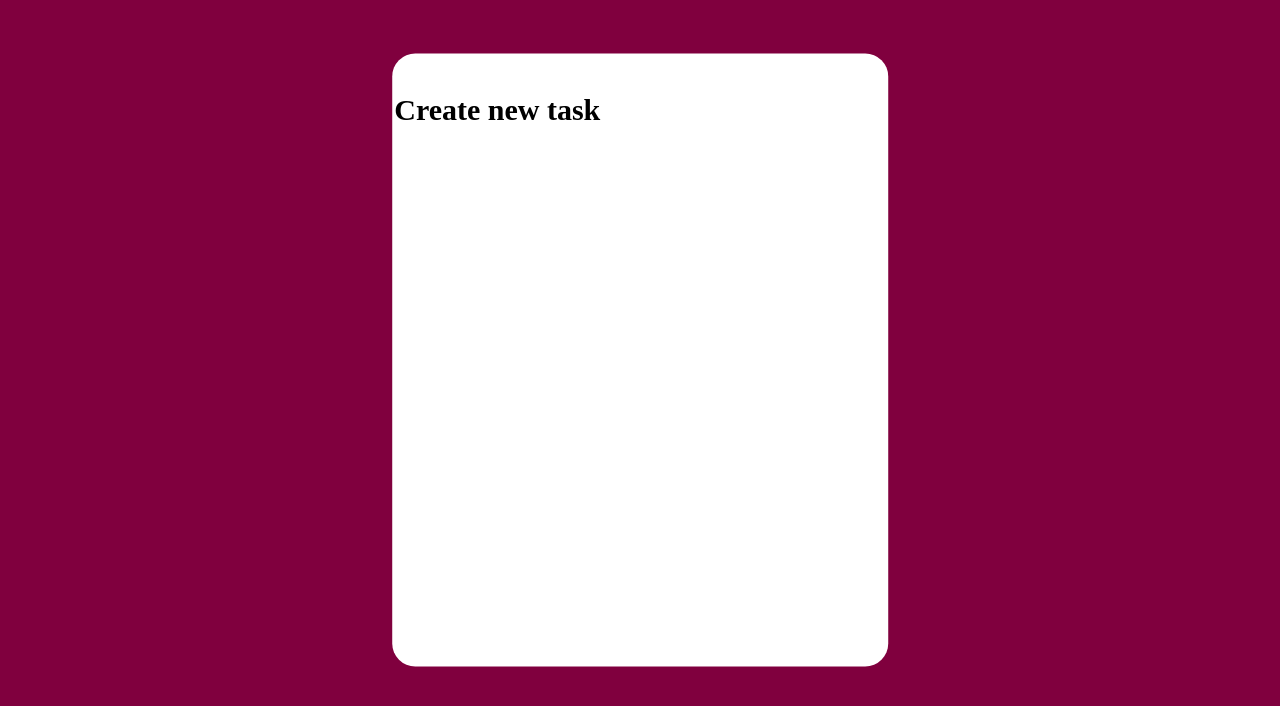
Repository: MorgunovaAlexandra/verstka-form
Page: index.html
An editor plug-in stored every save of this project. The page is shown before and after the next save, followed by the edit.
The browser window is 1280 px wide. The pictures show the whole page.
The style sheet was rebuilt from its Sass, Less or Tailwind sources for each picture, by a compiler version that may differ from the author's.

Above is the page before, as saved 2022-06-24 12:01:40.

### index.html
<!DOCTYPE html>
<html lang="ru">
<head>
    <meta charset="UTF-8">
    <meta http-equiv="X-UA-Compatible" content="IE=edge">
    <meta name="viewport" content="width=device-width, initial-scale=1.0">
    <link rel="stylesheet" href="./css/style.css">
    <title>Document</title>
</head>
<body>
    <div class="wrapper">
       <div class="form">
           <div class="fieldset">
            <legend><b>Create new task</b></legend>
           </div>
       </div>
    </div>
</body>
</html>

### scss/style.scss
@import "variables";
@import "mixins";
body {

   @include vov(rgb(128, 0, 62));
}
.form{
    width: 495.55px;
    height: 613.21px;
    background-color: white;
    border-radius: 23px;
     box-sizing: border-box;
    position: fixed; top: 50%; left: 50%;
    -webkit-transform: translate(-50%, -50%);
    -ms-transform: translate(-50%, -50%);
    transform: translate(-50%, -50%);
}
legend{
    margin-top: 40px ;
}

### scss/variables.scss
$bgColor: green;

### scss/mixins.scss
@mixin vov($color) {
    font-size: 30px;
    background-color:$color ;
}

After the next save:
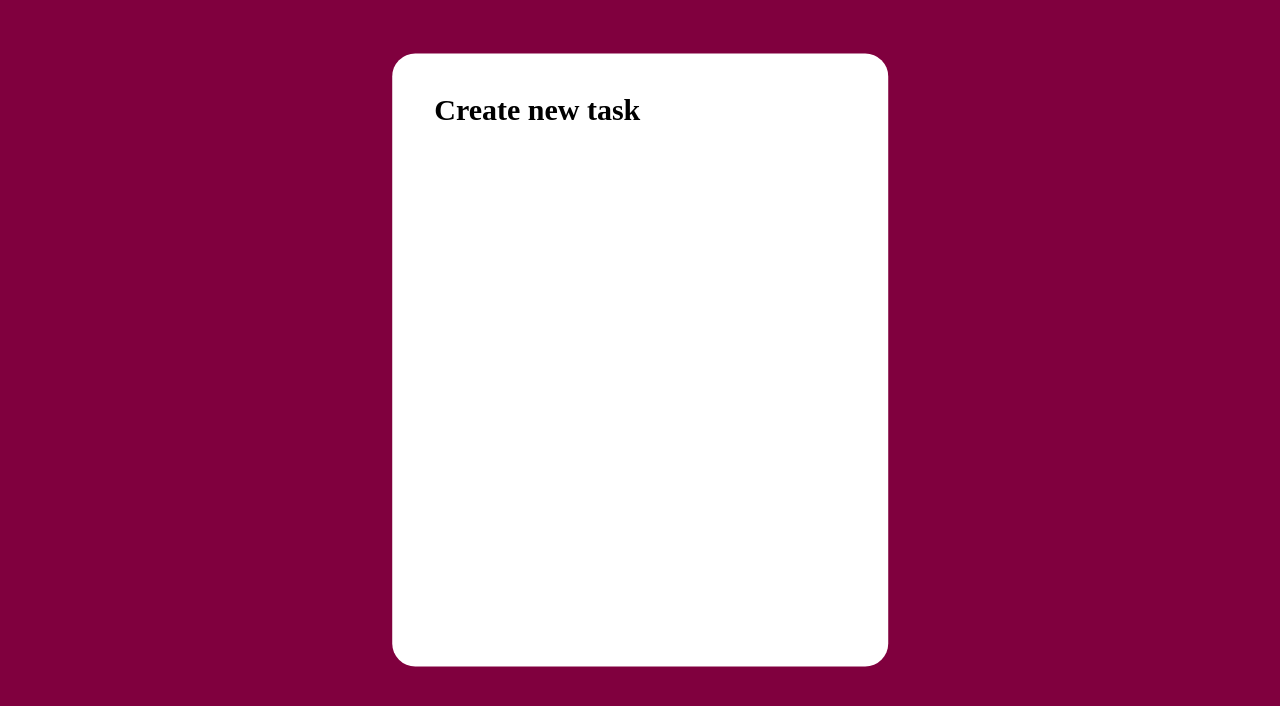
Saved 4 s later.
--- a/scss/style.scss
+++ b/scss/style.scss
@@ -16,5 +16,5 @@
     transform: translate(-50%, -50%);
 }
 legend{
-    margin-top: 40px ;
+    margin: 40px ;
 }
